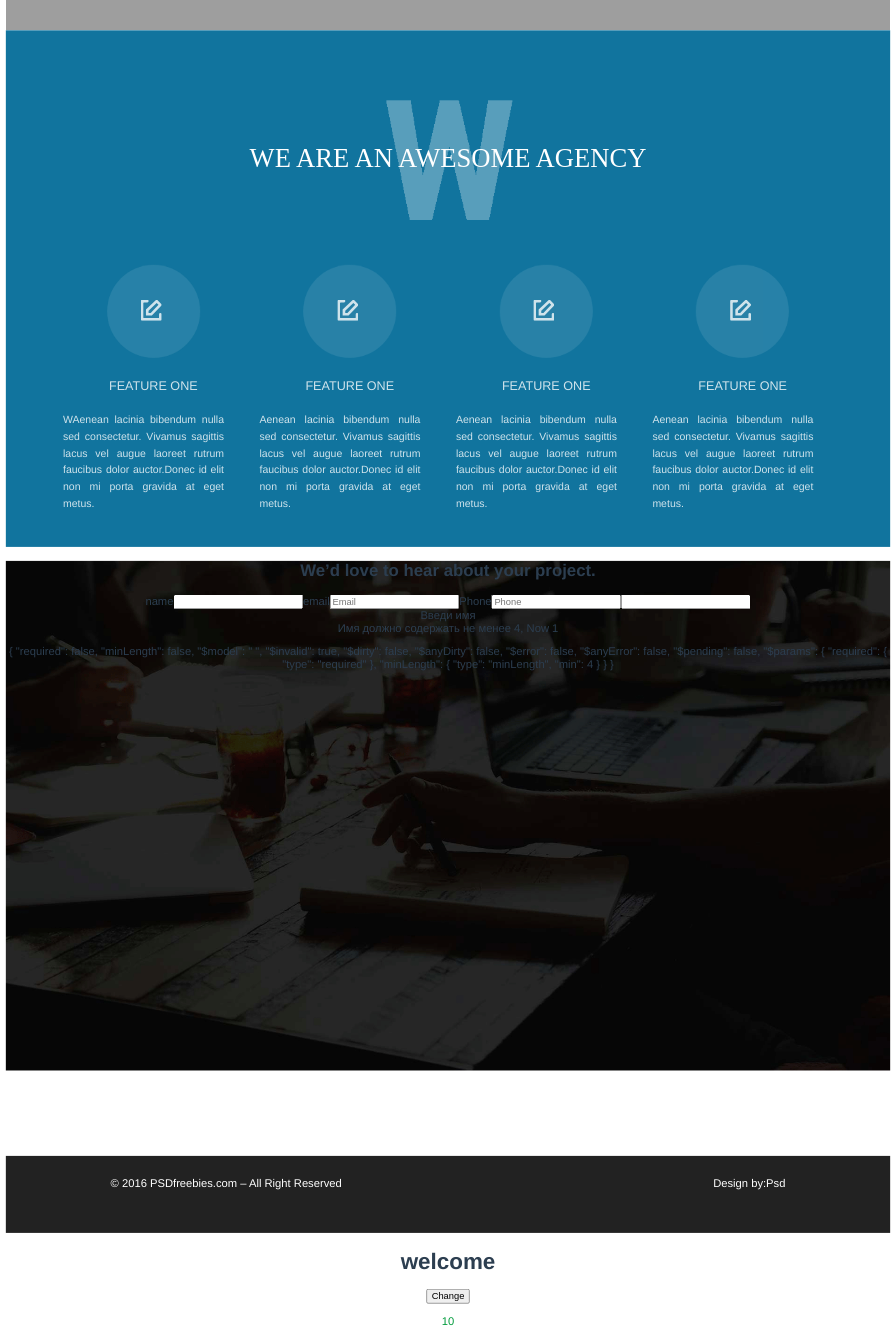
Repository: joker506/Creatives
Page: /
The author's editor kept a copy of each file at every save. The page is drawn from the files as they stood at one save, then again after the next save.
The browser window is 1280 px wide. The pictures show the part of the page from y = 796 to 2716 px (the page is 2716 px tall before and 1846 px after), at 70% of full size.
Pictures or frames that could not be fetched are drawn as grey boxes. The project was rebuilt for these pictures with package versions that can differ from the ones it lists, and the page was loaded fresh each time.

Above is the page before, as saved 2020-04-11 23:38:46.

After the next save:
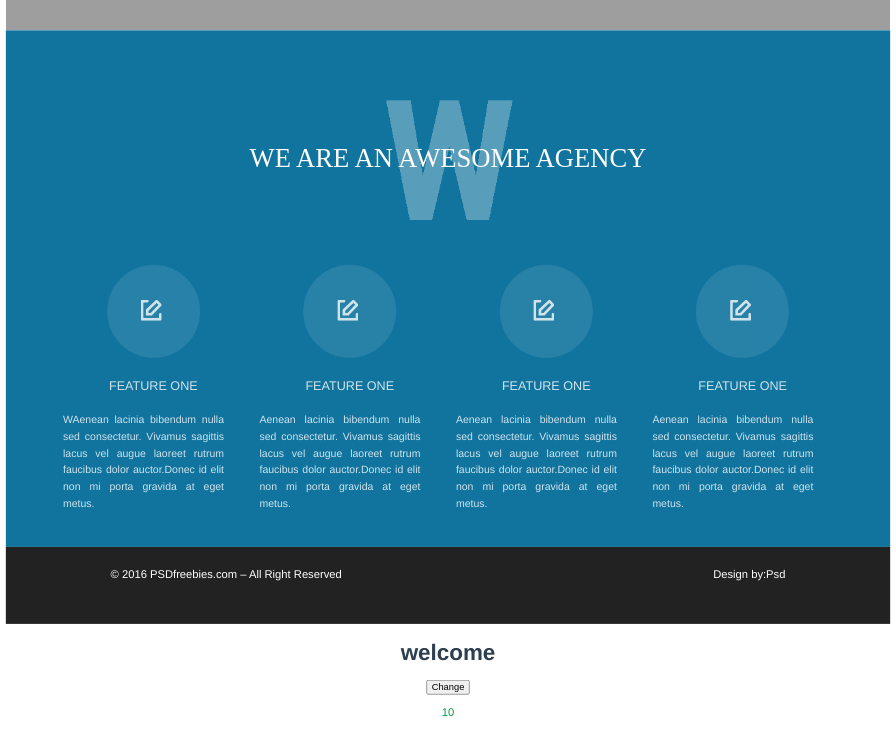
Saved 37 s later.
--- a/src/components/FormApp.vue
+++ b/src/components/FormApp.vue
@@ -23,6 +23,7 @@
             id="phone"
             v-model="phone"
             @blur="$v.phone.$touch()"
+            :class="{'input__wrong':$v.phone.$error}"
            placeholder="Phone"
 
             >

After the save that followed:
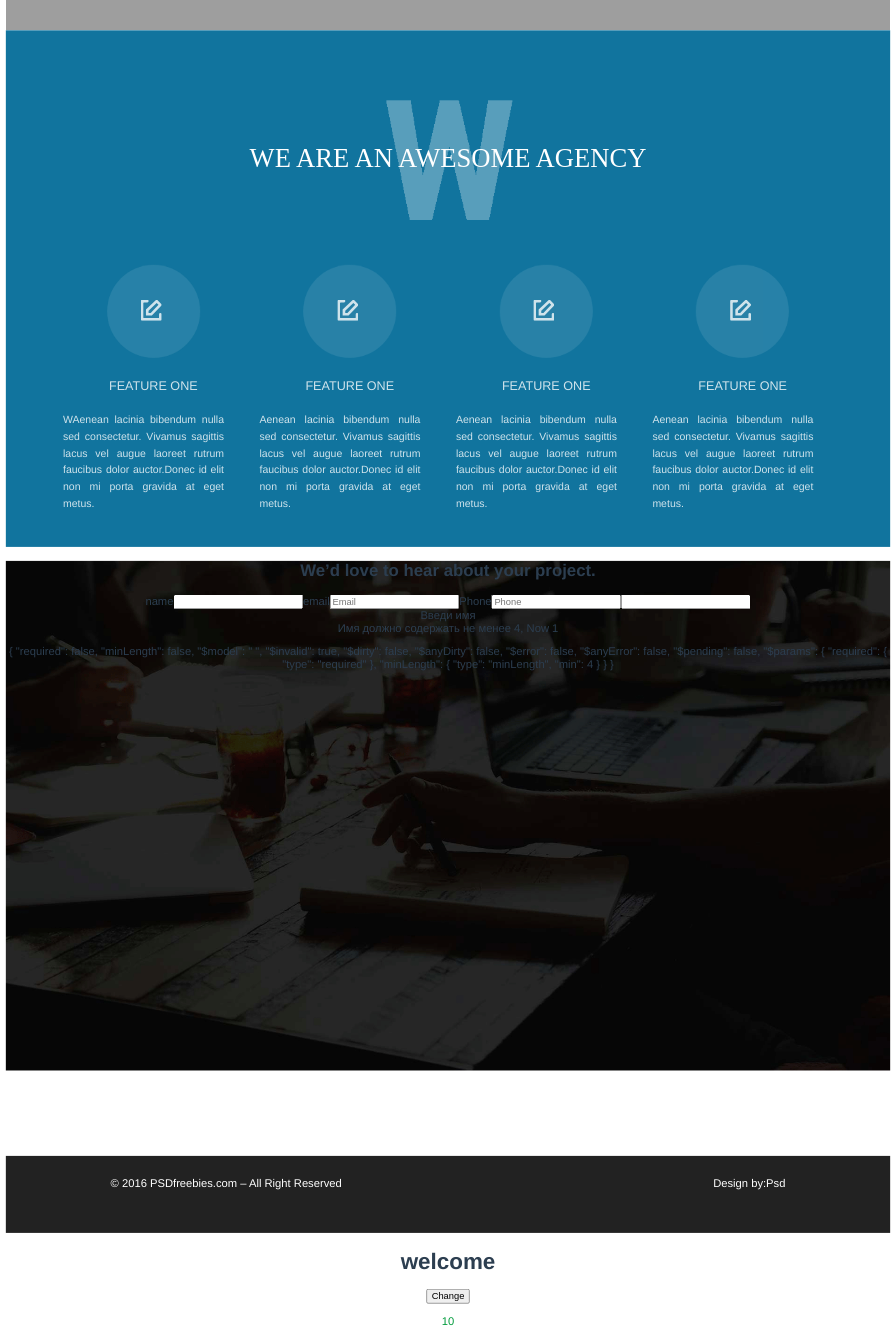
Saved 19 s later.
--- a/src/components/FormApp.vue
+++ b/src/components/FormApp.vue
@@ -23,7 +23,7 @@
             id="phone"
             v-model="phone"
             @blur="$v.phone.$touch()"
-            :class="{'input__wrong':$v.phone.$error}"
+            :class="{'input__wrong':$v.$error}"
            placeholder="Phone"
 
             >
